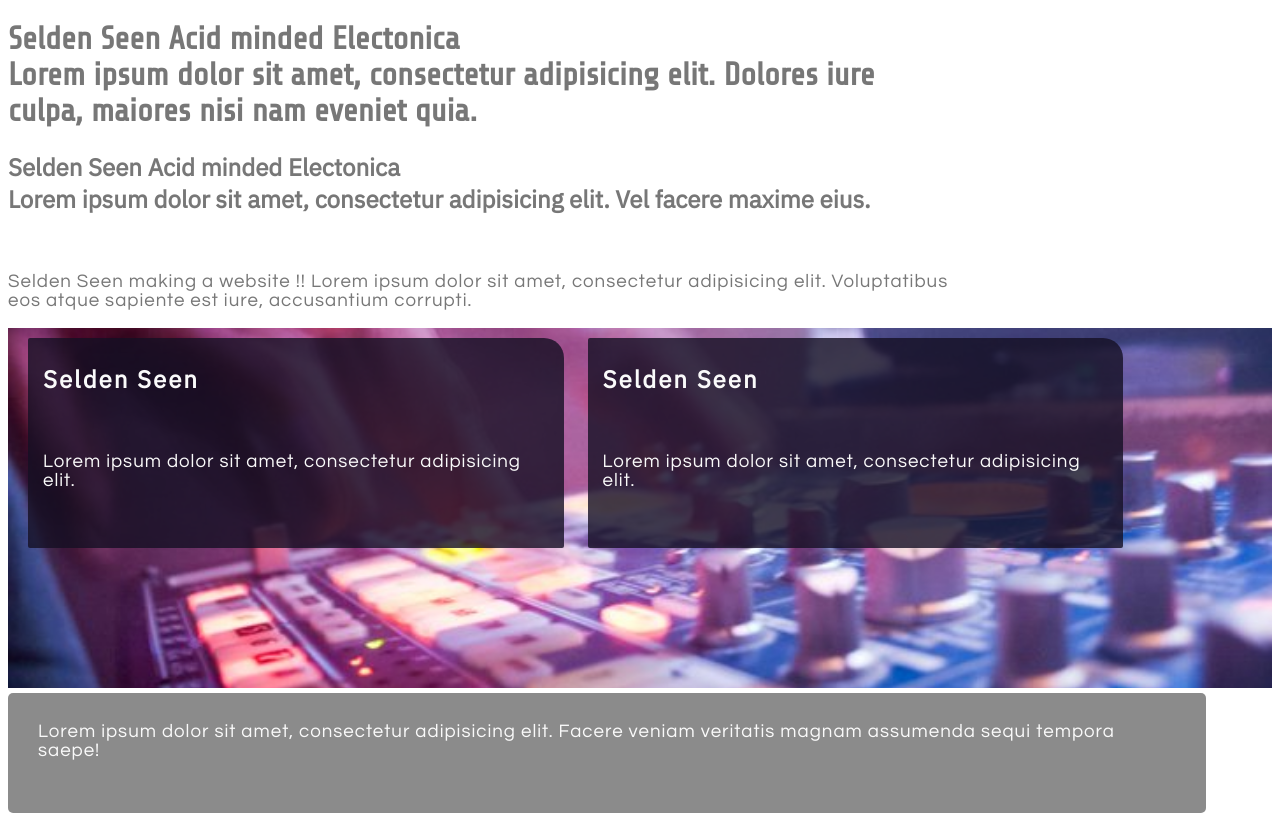
Repository: josvelema/milestone
Page: index.html
The author's editor kept a record of every edit. The page is drawn from the files as they stood at one moment, then again after the next edit.
The browser window is 1280 px wide. The pictures show the whole page.
Backgrounds fixed to the window are drawn as part of the page.

Above is the page before.

### index.html
<!DOCTYPE html>
<html lang="en">

<head>
    <meta charset="UTF-8">
    <meta name="viewport" content="width=device-width, initial-scale=1.0">
    <meta http-equiv="X-UA-Compatible" content="ie=edge">
    <link href="https://fonts.googleapis.com/css?family=IBM+Plex+Sans|Questrial|Share+Tech&display=swap" rel="stylesheet">
    <link href="CSS/style.css" rel="stylesheet" type="text/css">
    <title>Selden Seen</title>
</head>

<body>
    <header class="head">
        <h1> Selden Seen Acid minded Electonica<br> Lorem ipsum dolor sit amet, consectetur adipisicing elit. Dolores iure culpa, maiores nisi nam eveniet quia.
        </h1>
        <h2> Selden Seen Acid minded Electonica
            <br> Lorem ipsum dolor sit amet, consectetur adipisicing elit. Vel facere maxime eius.</h2>
        <br>
        <h3>Selden Seen making a website !! Lorem ipsum dolor sit amet, consectetur adipisicing elit. Voluptatibus eos atque sapiente est iure, accusantium corrupti.</h3>
    </header>
    <section>
        <div class="hero-image">
            <aside>
            <div class="callout">
                <h2>Selden Seen</h2>
                <br>
                <h3>Lorem ipsum dolor sit amet, consectetur adipisicing elit.</h3>
            </div>
            <div class="callout">
                <h2>Selden Seen</h2>
                <br>
                <h3>Lorem ipsum dolor sit amet, consectetur adipisicing elit.</h3>
            </div>

            </aside>
        </div>
    </section>
    <br>
    <footer>
    <div class="foot"><h3>Lorem ipsum dolor sit amet, consectetur adipisicing elit. Facere veniam veritatis magnam assumenda sequi tempora saepe!</h3></div>
    </footer>
</body>

</html>

### CSS/style.css
@import url('https://fonts.googleapis.com/css?family=IBM+Plex+Sans|Questrial|Share+Tech&display=swap');

h1 {
    font-family: 'Share Tech', sans-serif;
}


h3 {
    font-family: 'Questrial', sans-serif;
    font-weight:300;
    letter-spacing: 1px;
}

h2 {
    font-family: 'IBM Plex Sans', sans-serif;
}
.head {
    background-color:transparent;
    width:75%;
    color: #777777;
}
.hero-image{
    background: url("../img/emxheroimage.jpg")no-repeat center center fixed;
    background-position: relative;
    background-repeat: no-repeat;
    background-size: cover;
    min-height: 360px;
    transition: all 5s ease-in-out;
    -moz-transition: all .5s ease-in-out;
    -webkit-transition: all .5s ease-in-out;
    background-color: rgba(0,0,0,0.5);
     width:100%;
      float: left;

    }



.callout {
        font-family: 'Share Tech', sans-serif;
        color: #fafafa;
        letter-spacing: 2px;
        font-weight:300;
        width:40%;
        height:200px;
        margin-top: 10px;
        margin-left:20px;
        margin-bottom: 40px;
        padding:5px 15px 5px 15px;
        background-color: rgba(20,15,35,0.8);
        border-top-right-radius: 20px;
        border-top-left-radius: 2px;
        border-bottom-left-radius: 2px;
        border-bottom-right-radius: 2px;
        display: inline-block;
}

.foot {
    width: 90%;
    height: 100px;
    background-color: rgba(25,25,25,0.5);
    color: #fafafa;
    border-radius: 5px 5px;
    border-color: #777777;
    position: relative;
    float: left;
    margin:5px auto;
    padding: 10px 30px 10px 30px;

}

After the next edit:
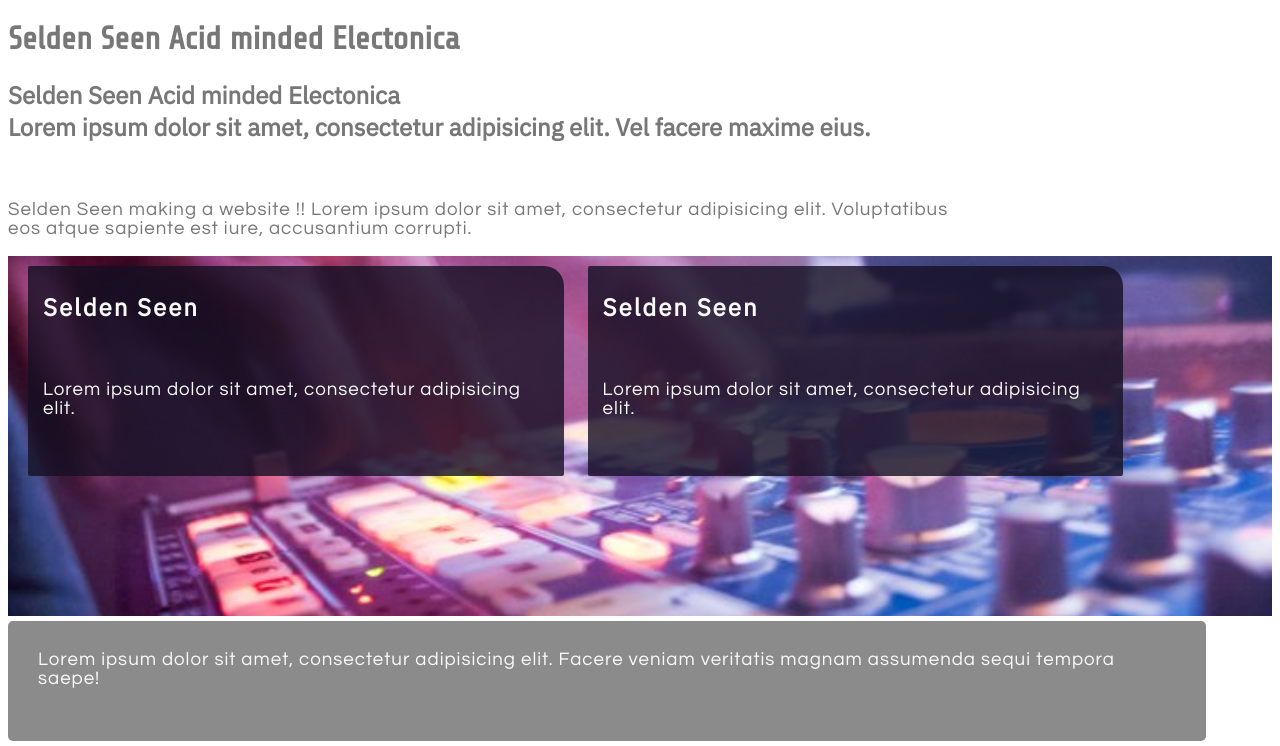
The edit:
--- a/index.html
+++ b/index.html
@@ -12,7 +12,7 @@
 
 <body>
     <header class="head">
-        <h1> Selden Seen Acid minded Electonica<br> Lorem ipsum dolor sit amet, consectetur adipisicing elit. Dolores iure culpa, maiores nisi nam eveniet quia.
+        <h1> Selden Seen Acid minded Electonica<br>
         </h1>
         <h2> Selden Seen Acid minded Electonica
             <br> Lorem ipsum dolor sit amet, consectetur adipisicing elit. Vel facere maxime eius.</h2>
